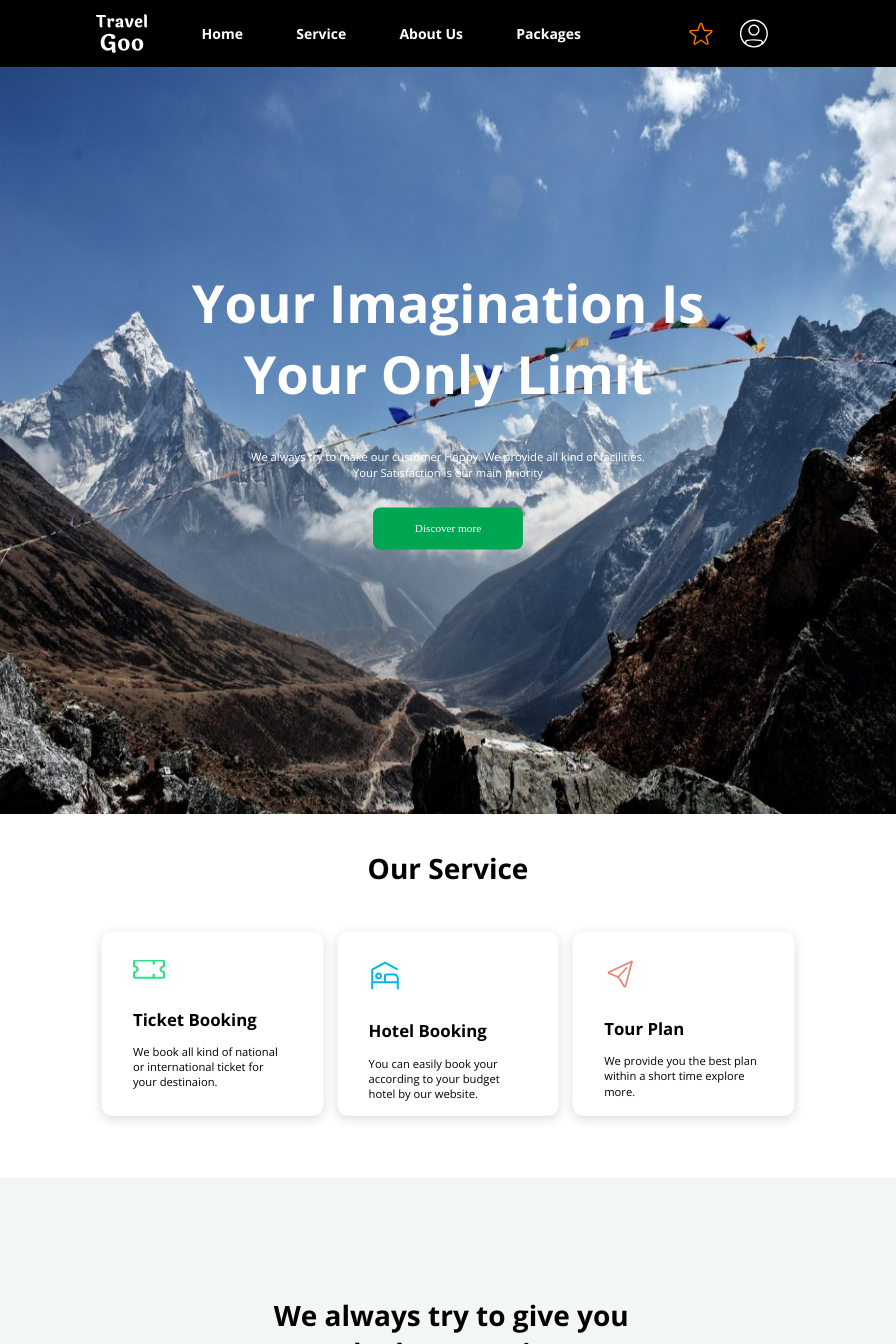
Repository: kubrazamanova/Background-Image
Page: index.html
The author's editor kept a copy of each file at every save. The page is drawn from the files as they stood at one save, then again after the next save.
The browser window is 1280 px wide. The pictures show the part of the page from y = 0 to 1920 px (the page is 2524 px tall before and 4676 px after), at 70% of full size.

Above is the page before, as saved 2023-10-17 19:10:37.

### index.html
<!DOCTYPE html>
<html lang="en">
  <head>
    <meta charset="UTF-8" />
    <meta name="viewport" content="width=device-width, initial-scale=1.0" />
    <link rel="stylesheet" href="index.css" />
    <title>Document</title>
  </head>
  <body>
    <div class="container">
      <div class="home-page" id="home-page">
        <nav>
          <img src="./image/Travel Goo.svg" alt="" />
          <ul>
            <li>
              <a href="#home-page">Home</a>
            </li>
            <li>
              <a href="#service-page">Service</a>
            </li>
            <li>
              <a href="#">About Us</a>
            </li>

            <li>
              <a href="#">Packages</a>
            </li>
          </ul>
          <div class="photo1">
            <img src="./image/star.svg" alt="" />
            <img src="./image/user.svg" alt="" />
          </div>
        </nav>

        <main>
          <h1>Your Imagination Is Your Only Limit</h1>
          <p>
            We always try to make our customer Happy. We provide all kind of
            facilities. Your Satisfaction is our main priority
          </p>
          <a href="#">Discover more</a>
        </main>
      </div>
      <div id="service-page">
        <div class="our-service-page">
          <h1>Our Service</h1>

          <ul>
            <li>
              <svg
                xmlns="http://www.w3.org/2000/svg"
                width="46"
                height="28"
                viewBox="0 0 46 28"
                fill="none"
              >
                <path
                  d="M44.3571 10.9036C44.7929 10.9036 45.2107 10.76 45.5188 10.5044C45.8269 10.2488 46 9.90215 46 9.54067V2.72591C46 2.00295 45.6538 1.30961 45.0376 0.7984C44.4214 0.287193 43.5857 0 42.7143 0H3.28571C2.41429 0 1.57855 0.287193 0.962363 0.7984C0.346172 1.30961 0 2.00295 0 2.72591V9.54067C0 9.90215 0.173086 10.2488 0.481182 10.5044C0.789277 10.76 1.20714 10.9036 1.64286 10.9036C2.51428 10.9036 3.35002 11.1908 3.96621 11.702C4.5824 12.2132 4.92857 12.9066 4.92857 13.6295C4.92857 14.3525 4.5824 15.0458 3.96621 15.557C3.35002 16.0682 2.51428 16.3554 1.64286 16.3554C1.20714 16.3554 0.789277 16.499 0.481182 16.7546C0.173086 17.0102 0 17.3569 0 17.7184V24.5332C0 25.2561 0.346172 25.9495 0.962363 26.4607C1.57855 26.9719 2.41429 27.2591 3.28571 27.2591H42.7143C43.5857 27.2591 44.4214 26.9719 45.0376 26.4607C45.6538 25.9495 46 25.2561 46 24.5332V17.7184C46 17.3569 45.8269 17.0102 45.5188 16.7546C45.2107 16.499 44.7929 16.3554 44.3571 16.3554C43.4857 16.3554 42.65 16.0682 42.0338 15.557C41.4176 15.0458 41.0714 14.3525 41.0714 13.6295C41.0714 12.9066 41.4176 12.2132 42.0338 11.702C42.65 11.1908 43.4857 10.9036 44.3571 10.9036ZM42.7143 18.9042V24.5332H31.2143V20.4443H27.9286V24.5332H3.28571V18.9042C4.69199 18.5992 5.93673 17.9161 6.82512 16.9617C7.71351 16.0073 8.19542 14.8354 8.19542 13.6295C8.19542 12.4237 7.71351 11.2518 6.82512 10.2974C5.93673 9.34297 4.69199 8.65984 3.28571 8.3549V2.72591H27.9286V6.81477H31.2143V2.72591H42.7143V8.3549C41.308 8.65984 40.0633 9.34297 39.1749 10.2974C38.2865 11.2518 37.8046 12.4237 37.8046 13.6295C37.8046 14.8354 38.2865 16.0073 39.1749 16.9617C40.0633 17.9161 41.308 18.5992 42.7143 18.9042Z"
                  fill="#32DF8F"
                />
              </svg>
              <b>Ticket Booking</b>
              <p>
                We book all kind of national or international ticket for your
                destinaion.
              </p>
            </li>

            <li>
              <svg
                xmlns="http://www.w3.org/2000/svg"
                width="45"
                height="45"
                viewBox="0 0 45 45"
                fill="none"
              >
                <path
                  d="M13.3594 21.0938C13.7766 21.0938 14.1844 21.2175 14.5313 21.4492C14.8782 21.681 15.1485 22.0105 15.3082 22.3959C15.4678 22.7813 15.5096 23.2055 15.4282 23.6146C15.3468 24.0238 15.1459 24.3997 14.8509 24.6947C14.5559 24.9897 14.1801 25.1906 13.7709 25.272C13.3617 25.3534 12.9376 25.3116 12.5522 25.1519C12.1667 24.9923 11.8373 24.7219 11.6055 24.375C11.3737 24.0281 11.25 23.6203 11.25 23.2031C11.25 22.6437 11.4722 22.1072 11.8678 21.7116C12.2634 21.316 12.7999 21.0938 13.3594 21.0938ZM13.3594 18.2812C12.3859 18.2813 11.4343 18.5699 10.6249 19.1107C9.81553 19.6516 9.18468 20.4203 8.81216 21.3196C8.43963 22.219 8.34216 23.2086 8.53207 24.1633C8.72199 25.1181 9.19075 25.9951 9.87909 26.6834C10.5674 27.3718 11.4444 27.8405 12.3992 28.0304C13.3539 28.2203 14.3435 28.1229 15.2429 27.7503C16.1423 27.3778 16.9109 26.747 17.4518 25.9376C17.9926 25.1282 18.2813 24.1766 18.2813 23.2031C18.2813 21.8978 17.7627 20.6459 16.8397 19.7228C15.9166 18.7998 14.6647 18.2812 13.3594 18.2812Z"
                  fill="#00B8E0"
                />
                <path
                  d="M35.1562 19.6875H23.9062C23.1603 19.6875 22.445 19.9838 21.9175 20.5112C21.3901 21.0387 21.0938 21.7541 21.0938 22.5V30.9375H5.625V14.9062L22.5 5.82185L40.1203 15.3L41.4422 12.825L23.1609 2.98122C22.9575 2.87289 22.7305 2.81622 22.5 2.81622C22.2695 2.81622 22.0425 2.87289 21.8391 2.98122L3.55781 12.825C3.33326 12.9445 3.14536 13.1228 3.01411 13.3407C2.88285 13.5586 2.81318 13.8081 2.8125 14.0625V42.1875H5.625V33.75H39.375V42.1875H42.1875V26.7187C42.1875 24.8539 41.4467 23.0655 40.1281 21.7469C38.8095 20.4283 37.0211 19.6875 35.1562 19.6875ZM23.9062 30.9375V22.5H35.1562C36.2751 22.5 37.3482 22.9444 38.1394 23.7356C38.9305 24.5268 39.375 25.5998 39.375 26.7187V30.9375H23.9062Z"
                  fill="#00B8E0"
                />
              </svg>
              <b>Hotel Booking</b>
              <p>
                You can easily book your according to your budget hotel by our
                website.
              </p>
            </li>

            <li>
              <svg
                xmlns="http://www.w3.org/2000/svg"
                width="41"
                height="41"
                viewBox="0 0 41 41"
                fill="none"
              >
                <path
                  d="M37.9926 1.59009C37.7551 1.39292 37.4665 1.26731 37.1604 1.22788C36.8543 1.18845 36.5432 1.23683 36.2635 1.36739L2.7016 17.1207V20.1689L16.7983 25.8076L25.8404 39.7187H28.8893L38.5227 3.25115C38.6008 2.9525 38.5925 2.6378 38.4986 2.34372C38.4047 2.04964 38.2293 1.78828 37.9926 1.59009ZM27.0069 36.8113L19.2348 24.8538L31.1947 11.7545L29.3024 10.0267L17.2488 23.2282L5.62605 18.5791L35.5307 4.54201L27.0069 36.8113Z"
                  fill="#E48B78"
                />
              </svg>
              <b>Tour Plan</b>
              <p>
                We provide you the best plan within a short time explore more.
              </p>
            </li>
          </ul>
        </div>
        <div class="best-service">
          <h1>We always try to give you the best service</h1>
          <p class="p-1">
            We always try to make our customer Happy. We provide all kind of
            facilities. Your Satisfaction is our main priority.
          </p>

          <ul>
            <li>
              <svg
                xmlns="http://www.w3.org/2000/svg"
                width="42"
                height="42"
                viewBox="0 0 42 42"
                fill="none"
              >
                <g clip-path="url(#clip0_10_30)">
                  <path
                    d="M39.375 3.93291L28.8658 3.93295V1.31714C28.8658 0.591982 28.2785 0.00463867 27.5533 0.00463867C26.8282 0.00463867 26.2408 0.591982 26.2408 1.31714V3.93229H15.7408V1.31714C15.7408 0.591982 15.1535 0.00463867 14.4283 0.00463867C13.7032 0.00463867 13.1158 0.591982 13.1158 1.31714V3.93229H2.625C1.17534 3.93229 0 5.10764 0 6.55729V39.3698C0 40.8194 1.17534 41.9948 2.625 41.9948H39.375C40.8247 41.9948 42 40.8194 42 39.3698V6.55729C42 5.10825 40.8247 3.93291 39.375 3.93291ZM39.375 39.3698H2.625V6.55729H13.1158V7.87964C13.1158 8.60475 13.7032 9.19214 14.4283 9.19214C15.1535 9.19214 15.7408 8.60475 15.7408 7.87964V6.55795H26.2408V7.88029C26.2408 8.60545 26.8282 9.19279 27.5533 9.19279C28.2785 9.19279 28.8658 8.60545 28.8658 7.88029V6.55795H39.375V39.3698ZM30.1875 20.9954H32.8125C33.537 20.9954 34.125 20.4074 34.125 19.6829V17.0579C34.125 16.3334 33.537 15.7454 32.8125 15.7454H30.1875C29.463 15.7454 28.875 16.3334 28.875 17.0579V19.6829C28.875 20.4074 29.463 20.9954 30.1875 20.9954ZM30.1875 31.4948H32.8125C33.537 31.4948 34.125 30.9074 34.125 30.1823V27.5573C34.125 26.8328 33.537 26.2448 32.8125 26.2448H30.1875C29.463 26.2448 28.875 26.8328 28.875 27.5573V30.1823C28.875 30.9081 29.463 31.4948 30.1875 31.4948ZM22.3125 26.2448H19.6875C18.963 26.2448 18.375 26.8328 18.375 27.5573V30.1823C18.375 30.9074 18.963 31.4948 19.6875 31.4948H22.3125C23.037 31.4948 23.625 30.9074 23.625 30.1823V27.5573C23.625 26.8334 23.037 26.2448 22.3125 26.2448ZM22.3125 15.7454H19.6875C18.963 15.7454 18.375 16.3334 18.375 17.0579V19.6829C18.375 20.4074 18.963 20.9954 19.6875 20.9954H22.3125C23.037 20.9954 23.625 20.4074 23.625 19.6829V17.0579C23.625 16.3328 23.037 15.7454 22.3125 15.7454ZM11.8125 15.7454H9.1875C8.463 15.7454 7.875 16.3334 7.875 17.0579V19.6829C7.875 20.4074 8.463 20.9954 9.1875 20.9954H11.8125C12.537 20.9954 13.125 20.4074 13.125 19.6829V17.0579C13.125 16.3328 12.537 15.7454 11.8125 15.7454ZM11.8125 26.2448H9.1875C8.463 26.2448 7.875 26.8328 7.875 27.5573V30.1823C7.875 30.9074 8.463 31.4948 9.1875 31.4948H11.8125C12.537 31.4948 13.125 30.9074 13.125 30.1823V27.5573C13.125 26.8334 12.537 26.2448 11.8125 26.2448Z"
                    fill="#005F15"
                  />
                </g>
                <defs>
                  <clipPath id="clip0_10_30">
                    <rect width="42" height="42" fill="white" />
                  </clipPath>
                </defs>
              </svg>
              <b>15+</b>
              <p>Years of Experience</p>
            </li>

            <li>
              <svg
                xmlns="http://www.w3.org/2000/svg"
                width="43"
                height="43"
                viewBox="0 0 43 43"
                fill="none"
              >
                <path
                  d="M37.2891 33.2578H8.39844V7.05469C8.39844 6.86992 8.24727 6.71875 8.0625 6.71875H5.71094C5.52617 6.71875 5.375 6.86992 5.375 7.05469V35.9453C5.375 36.1301 5.52617 36.2812 5.71094 36.2812H37.2891C37.4738 36.2812 37.625 36.1301 37.625 35.9453V33.5938C37.625 33.409 37.4738 33.2578 37.2891 33.2578ZM12.0938 29.8984H14.4453C14.6301 29.8984 14.7812 29.7473 14.7812 29.5625V23.5156C14.7812 23.3309 14.6301 23.1797 14.4453 23.1797H12.0938C11.909 23.1797 11.7578 23.3309 11.7578 23.5156V29.5625C11.7578 29.7473 11.909 29.8984 12.0938 29.8984ZM18.4766 29.8984H20.8281C21.0129 29.8984 21.1641 29.7473 21.1641 29.5625V16.125C21.1641 15.9402 21.0129 15.7891 20.8281 15.7891H18.4766C18.2918 15.7891 18.1406 15.9402 18.1406 16.125V29.5625C18.1406 29.7473 18.2918 29.8984 18.4766 29.8984ZM24.8594 29.8984H27.2109C27.3957 29.8984 27.5469 29.7473 27.5469 29.5625V19.4004C27.5469 19.2156 27.3957 19.0645 27.2109 19.0645H24.8594C24.6746 19.0645 24.5234 19.2156 24.5234 19.4004V29.5625C24.5234 29.7473 24.6746 29.8984 24.8594 29.8984ZM31.2422 29.8984H33.5938C33.7785 29.8984 33.9297 29.7473 33.9297 29.5625V12.7656C33.9297 12.5809 33.7785 12.4297 33.5938 12.4297H31.2422C31.0574 12.4297 30.9062 12.5809 30.9062 12.7656V29.5625C30.9062 29.7473 31.0574 29.8984 31.2422 29.8984Z"
                  fill="#005F15"
                />
              </svg>
              <b>15k+</b>
              <p>Happy Travellers</p>
            </li>

            <li>
              <svg
                xmlns="http://www.w3.org/2000/svg"
                width="43"
                height="43"
                viewBox="0 0 43 43"
                fill="none"
              >
                <path
                  d="M21.5 32.25L13.3166 20.6938C11.9771 19.1122 11.1145 17.1827 10.8292 15.1299C10.5439 13.0771 10.8478 10.9855 11.7053 9.09874C12.5628 7.21193 13.9387 5.60758 15.6728 4.47252C17.4068 3.33747 19.4277 2.71843 21.5 2.6875C24.3726 2.71589 27.1168 3.88155 29.1317 5.92918C31.1466 7.97681 32.2679 10.7395 32.25 13.6122C32.2511 16.1182 31.3979 18.5497 29.8312 20.5056L21.5 32.25ZM21.5 5.375C19.339 5.39982 17.2763 6.28119 15.7646 7.8256C14.253 9.37001 13.416 11.4512 13.4375 13.6122C13.4465 15.5846 14.1561 17.4896 15.4397 18.9872L21.5 27.5738L27.7216 18.8125C28.9042 17.3363 29.553 15.5036 29.5625 13.6122C29.584 11.4512 28.747 9.37001 27.2354 7.8256C25.7237 6.28119 23.6609 5.39982 21.5 5.375Z"
                  fill="#005F15"
                />
                <path
                  d="M21.5 14.7812C22.9843 14.7812 24.1875 13.578 24.1875 12.0938C24.1875 10.6095 22.9843 9.40625 21.5 9.40625C20.0157 9.40625 18.8125 10.6095 18.8125 12.0938C18.8125 13.578 20.0157 14.7812 21.5 14.7812Z"
                  fill="#005F15"
                />
                <path
                  d="M37.625 16.125H34.9375V18.8125H37.625V37.625H5.375V18.8125H8.0625V16.125H5.375C4.66223 16.125 3.97865 16.4081 3.47465 16.9122C2.97065 17.4162 2.6875 18.0997 2.6875 18.8125V37.625C2.6875 38.3378 2.97065 39.0213 3.47465 39.5253C3.97865 40.0294 4.66223 40.3125 5.375 40.3125H37.625C38.3378 40.3125 39.0213 40.0294 39.5253 39.5253C40.0294 39.0213 40.3125 38.3378 40.3125 37.625V18.8125C40.3125 18.0997 40.0294 17.4162 39.5253 16.9122C39.0213 16.4081 38.3378 16.125 37.625 16.125Z"
                  fill="#005F15"
                />
              </svg>
              <b>650+</b>
              <p>Places Visited</p>
            </li>

            <li>
              <svg
                xmlns="http://www.w3.org/2000/svg"
                width="35"
                height="35"
                viewBox="0 0 35 35"
                fill="none"
              >
                <path
                  d="M3.09169 19.7254C4.17377 26.6977 10.2404 32.0775 17.5015 32.0775C25.5209 32.0775 32.0819 25.5164 32.0819 17.497C32.0819 9.47767 25.5223 2.91663 17.5029 2.91663C12.6934 2.91663 8.46127 5.25142 5.83335 8.74996V2.91808L2.92106 2.91663L2.91669 13.125H13.125V10.2083L8.45981 10.2068C10.5 7.58475 13.8571 5.83329 17.5029 5.83329C23.9167 5.83329 29.1667 11.0833 29.1667 17.497C29.1667 23.9108 23.9167 29.1622 17.5015 29.1622C11.8461 29.1622 7.10065 25.0877 6.05502 19.7254H3.09169Z"
                  fill="#005F15"
                />
                <path
                  d="M16.0446 10.2069V17.939L20.7127 24.2054L23.046 22.4598L18.9612 17.0625V10.2069H16.0446Z"
                  fill="#005F15"
                />
              </svg>
              <b>2k+</b>
              <p>Travel History</p>
            </li>
          </ul>
        </div>
      </div>
    </div>
  </body>
</html>

Loaded but not shown: index.css (233 lines, source omitted)

After the next save:
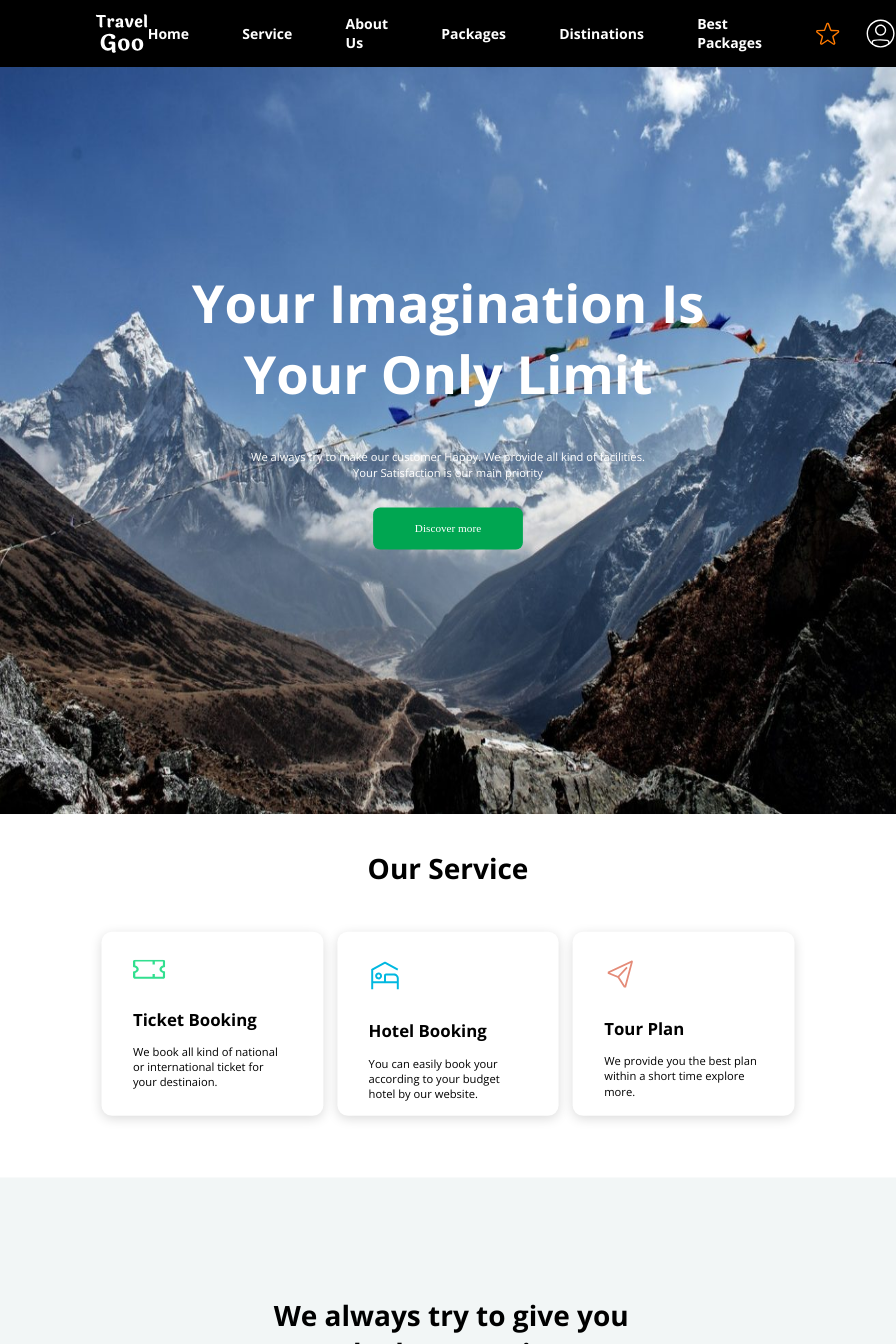
Saved 3 days later.
--- a/index.html
+++ b/index.html
@@ -25,6 +25,14 @@
             <li>
               <a href="#">Packages</a>
             </li>
+
+            <li>
+              <a href="#distinations">Distinations</a>
+            </li>
+
+            <li>
+              <a href="best-package">Best Packages</a>
+            </li>
           </ul>
           <div class="photo1">
             <img src="./image/star.svg" alt="" />
@@ -207,6 +215,125 @@
           </ul>
         </div>
       </div>
+      <div id="distinations">
+        <div class="map">
+          <h1>Our Popular Distinations</h1>
+          <img src="./image/world_map_PNG28 2.svg" alt="" />
+        </div>
+        <ul>
+          <li>
+            <img src="./image/011.png" alt="" />
+            <h2>Thailand</h2>
+            <p>20+ Spots 2D & 3N</p>
+            <svg
+              xmlns="http://www.w3.org/2000/svg"
+              width="33"
+              height="33"
+              viewBox="0 0 33 33"
+              fill="none"
+            >
+              <path
+                d="M12.8013 9.22619C12.6738 9.3534 12.5727 9.50449 12.5037 9.67083C12.4347 9.83717 12.3992 10.0155 12.3992 10.1956C12.3992 10.3756 12.4347 10.554 12.5037 10.7203C12.5727 10.8866 12.6738 11.0377 12.8013 11.1649L18.1363 16.4999L12.8013 21.8349C12.5442 22.092 12.3998 22.4407 12.3998 22.8043C12.3998 23.1679 12.5442 23.5166 12.8013 23.7737C13.0584 24.0308 13.4071 24.1752 13.7707 24.1752C14.1342 24.1752 14.4829 24.0308 14.74 23.7737L21.0513 17.4624C21.1787 17.3352 21.2799 17.1841 21.3489 17.0178C21.4179 16.8515 21.4534 16.6731 21.4534 16.4931C21.4534 16.313 21.4179 16.1347 21.3489 15.9683C21.2799 15.802 21.1787 15.6509 21.0513 15.5237L14.74 9.21244C14.2175 8.68994 13.3375 8.68994 12.8013 9.22619Z"
+                fill="black"
+              />
+            </svg>
+          </li>
+
+          <li>
+            <img src="./image/022.png" alt="" />
+            <h2>Indonesia</h2>
+            <p>25+ Spots 3D & 3N</p>
+            <svg
+              xmlns="http://www.w3.org/2000/svg"
+              width="33"
+              height="33"
+              viewBox="0 0 33 33"
+              fill="none"
+            >
+              <path
+                d="M12.8013 9.22619C12.6738 9.3534 12.5727 9.50449 12.5037 9.67083C12.4347 9.83717 12.3992 10.0155 12.3992 10.1956C12.3992 10.3756 12.4347 10.554 12.5037 10.7203C12.5727 10.8866 12.6738 11.0377 12.8013 11.1649L18.1363 16.4999L12.8013 21.8349C12.5442 22.092 12.3998 22.4407 12.3998 22.8043C12.3998 23.1679 12.5442 23.5166 12.8013 23.7737C13.0584 24.0308 13.4071 24.1752 13.7707 24.1752C14.1342 24.1752 14.4829 24.0308 14.74 23.7737L21.0513 17.4624C21.1787 17.3352 21.2799 17.1841 21.3489 17.0178C21.4179 16.8515 21.4534 16.6731 21.4534 16.4931C21.4534 16.313 21.4179 16.1347 21.3489 15.9683C21.2799 15.802 21.1787 15.6509 21.0513 15.5237L14.74 9.21244C14.2175 8.68994 13.3375 8.68994 12.8013 9.22619Z"
+                fill="black"
+              />
+            </svg>
+          </li>
+
+          <li>
+            <img src="./image/033.png" alt="" />
+            <h2>New Zeland</h2>
+            <p>20+ Spots 3D & 2N</p>
+            <svg
+              xmlns="http://www.w3.org/2000/svg"
+              width="33"
+              height="33"
+              viewBox="0 0 33 33"
+              fill="none"
+            >
+              <path
+                d="M12.8013 9.22619C12.6738 9.3534 12.5727 9.50449 12.5037 9.67083C12.4347 9.83717 12.3992 10.0155 12.3992 10.1956C12.3992 10.3756 12.4347 10.554 12.5037 10.7203C12.5727 10.8866 12.6738 11.0377 12.8013 11.1649L18.1363 16.4999L12.8013 21.8349C12.5442 22.092 12.3998 22.4407 12.3998 22.8043C12.3998 23.1679 12.5442 23.5166 12.8013 23.7737C13.0584 24.0308 13.4071 24.1752 13.7707 24.1752C14.1342 24.1752 14.4829 24.0308 14.74 23.7737L21.0513 17.4624C21.1787 17.3352 21.2799 17.1841 21.3489 17.0178C21.4179 16.8515 21.4534 16.6731 21.4534 16.4931C21.4534 16.313 21.4179 16.1347 21.3489 15.9683C21.2799 15.802 21.1787 15.6509 21.0513 15.5237L14.74 9.21244C14.2175 8.68994 13.3375 8.68994 12.8013 9.22619Z"
+                fill="black"
+              />
+            </svg>
+          </li>
+        </ul>
+      </div>
+
+      <div class="best-package">
+        <h1>Best Packages For You</h1>
+        <ul>
+          <li>
+            <a href="#">Hot Deals</a>
+          </li>
+
+          <li>
+            <a href="#">Backpack</a>
+          </li>
+          <li>
+            <a href="#">South Asia</a>
+          </li>
+          <li>
+            <a href="#">Honeymoon</a>
+          </li>
+          <li>
+            <a href="#">Europe</a>
+          </li>
+          <li>
+            <a href="#">More</a>
+          </li>
+        </ul>
+
+        <div class="tour-package">
+          <ul>
+            <li>
+              <div class="left-side">
+                <img src="./image/02.jpg" alt="" />
+                <h2>3 Days, 2 NIghts</h2>
+                <p>
+                  Explore the Beauty of the island for 3 days and 2 nights with
+                  our travel agency
+                </p>
+
+                <svg
+                  xmlns="http://www.w3.org/2000/svg"
+                  width="20"
+                  height="20"
+                  viewBox="0 0 20 20"
+                  fill="none"
+                >
+                  <path
+                    d="M15.625 8.125C15.625 6.63316 15.0324 5.20242 13.9775 4.14752C12.9226 3.09263 11.4918 2.5 10 2.5C8.50816 2.5 7.07742 3.09263 6.02252 4.14752C4.96763 5.20242 4.375 6.63316 4.375 8.125C4.375 10.4325 6.22125 13.44 10 17.0425C13.7788 13.44 15.625 10.4325 15.625 8.125ZM10 18.75C5.41625 14.5837 3.125 11.0413 3.125 8.125C3.125 6.30164 3.84933 4.55295 5.13864 3.26364C6.42795 1.97433 8.17664 1.25 10 1.25C11.8234 1.25 13.572 1.97433 14.8614 3.26364C16.1507 4.55295 16.875 6.30164 16.875 8.125C16.875 11.0413 14.5837 14.5837 10 18.75Z"
+                    fill="black"
+                  />
+                  <path
+                    d="M10 10C10.4973 10 10.9742 9.80246 11.3258 9.45083C11.6775 9.09919 11.875 8.62228 11.875 8.125C11.875 7.62772 11.6775 7.15081 11.3258 6.79917C10.9742 6.44754 10.4973 6.25 10 6.25C9.50272 6.25 9.02581 6.44754 8.67417 6.79917C8.32254 7.15081 8.125 7.62772 8.125 8.125C8.125 8.62228 8.32254 9.09919 8.67417 9.45083C9.02581 9.80246 9.50272 10 10 10ZM10 11.25C9.1712 11.25 8.37634 10.9208 7.79029 10.3347C7.20424 9.74866 6.875 8.9538 6.875 8.125C6.875 7.2962 7.20424 6.50134 7.79029 5.91529C8.37634 5.32924 9.1712 5 10 5C10.8288 5 11.6237 5.32924 12.2097 5.91529C12.7958 6.50134 13.125 7.2962 13.125 8.125C13.125 8.9538 12.7958 9.74866 12.2097 10.3347C11.6237 10.9208 10.8288 11.25 10 11.25Z"
+                    fill="black"
+                  />
+                </svg>
+                <b>Indonesia</b>
+              </div>
+            </li>
+          </ul>
+        </div>
+      </div>
     </div>
   </body>
 </html>
